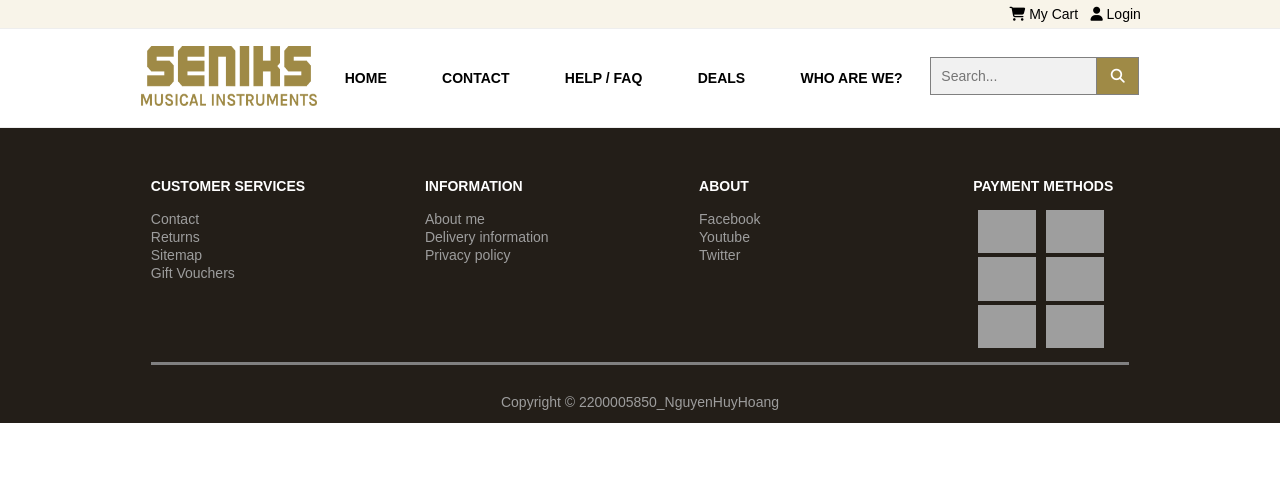
Repository: kuni-hoangnguyen/Do-an-tkweb-nam1
Page: contact.html
These files come from the project's save history. The page is drawn as it stood at one moment and after the next save; the edit follows.
The browser window is 1280 px wide. The pictures show the whole page.
Pictures or frames that could not be fetched are drawn as grey boxes.

Above is the page before, as saved 2023-09-20 16:04:24.

### contact.html
<!DOCTYPE html>
<html>
  <head>
    <title>SENIKS | CONTACT</title>
    <link rel="stylesheet" href="contact.css">
    <link rel="stylesheet" href="main.css">
    <link rel="stylesheet" href="https://cdnjs.cloudflare.com/ajax/libs/font-awesome/6.4.2/css/all.min.css">
    <meta charset="utf-8">
    <meta http-equiv="X-UA-Compatible" content="IE=edge,chrome=1">
    <meta name="viewport" content="width=device-width, initial-scale=1">
  </head>
  <body>
    <header>
      <div class="row-menu1">

        <ul class="menu">
          <li class="menu-item"><a class="menu-link" href="#"><i class="fa-solid fa-cart-shopping"></i> My Cart</a></li>
          <li class="menu-item"><a class="menu-link" href="#"><i class="fa-solid fa-user"></i> Login</a></li>
        </ul>

      </div>

      <div class="row-menu2">

        <a href="main.html"><img class="logo" src="media/LOGO.png" alt="logo" ></a>

        <ul class="menu">
          <li class="menu-item"><a class="menu-link" href="main.html">HOME</a></li>
          <li class="menu-item"><a class="menu-link" href="contact.html">CONTACT</a></li>
          <li class="menu-item"><a class="menu-link" href="#">HELP / FAQ</a></li>
          <li class="menu-item"><a class="menu-link" href="#">DEALS</a></li>
          <li class="menu-item"><a class="menu-link" href="#">WHO ARE WE?</a></li>
        </ul>

        <form class="search-button">

          <input type="text" placeholder="Search...">
          <button><i class="fa fa-search"></i></button>

        </form>

      </div>
    </header>


    <main>



    </main>



    <footer>

      <div id="end">
        <div class="card">
          <p class="title3">CUSTOMER SERVICES</p>
          <ul>
            <li><a href="contact.html">Contact</a></li>
            <li><a href="#">Returns</a></li>
            <li><a href="#">Sitemap</a></li>
            <li><a href="#">Gift Vouchers</a></li>
          </ul>
        </div>
        <div class="card">
          <p class="title3">INFORMATION</p>
          <ul>
            <li><a href="#">About me</a></li>
            <li><a href="#">Delivery information</a></li>
            <li><a href="#">Privacy policy</a></li>
          </ul>
        </div>
        <div class="card">
          <p class="title3">ABOUT</p>
          <ul>
            <li><a href="#">Facebook</a></li>
            <li><a href="#">Youtube</a></li>
            <li><a href="#">Twitter</a></li>
          </ul>
        </div>
        <div class="card">
          <p class="title3">PAYMENT METHODS</p>
          <ul>
            <li><img src="https://theme.hstatic.net/200000722513/1001090675/14/pay_2.png?v=1126" alt=""><img src="https://theme.hstatic.net/200000722513/1001090675/14/pay_3.png?v=1126" alt=""></li>
            <li><img src="https://theme.hstatic.net/200000722513/1001090675/14/pay_5.png?v=1126" alt=""><img src="https://theme.hstatic.net/200000722513/1001090675/14/pay_7.png?v=1126" alt=""></li>
            <li><img src="https://theme.hstatic.net/200000722513/1001090675/14/pay_8.png?v=1126" alt=""><img src="https://theme.hstatic.net/200000722513/1001090675/14/pay_4.png?v=1126" alt=""></li>
          </ul>
        </div>
      </div>
      <p id="cpr">Copyright © 2200005850_NguyenHuyHoang</p>
  </footer>
  </body>
</html>

### main.css
*{
  margin: 0;
  padding: 0;
  box-sizing: border-box;
  font-family: "Arial", Helvetica Neue, Helvetica, sans-serif;
}
header{
  width: 100%;
  background-color: #fff;
  border-style: none none inset  none;
  border-width: 1px;
  margin: auto;
}
.menu{
  list-style-type: none;
  display: flex;
  justify-content: space-around ;
  width: 100%;
}
.row-menu1{
  width: 100%;
  background-color: #f8f4e9;
  border-style: none none inset  none;
  border-width: 1px;
}
.row-menu1 .menu{
  flex-direction: row;
  width: 45%;
  margin-right: 0;
  margin-left: auto;
  padding: 14px 0;
}
.menu-link{
  color: black;
  text-decoration: none;
  font-size: 14px;
}
.row-menu2 .menu-link{
  font-weight: 600;
  font-size: 12px;
}
.menu-link:hover{
  color: #8c7422;
}
.logo{
  width: 35vw;
  padding: 1vw;
  position: absolute;
  top: 0;
}
.search-button input[type="text"]{
  padding: 10px;
  font-size: 14px;
  border: 1px solid grey;
  float: left;
  width: 80%;
  background: #f1f1f1;
}
.search-button button{
  float: left;
  width: 20%;
  padding: 10px;
  background: #9f8a46;
  color: white;
  font-size: 14px;
  border: 1px solid grey;
  border-left: none;
  cursor: pointer;
}
.search-button button:hover{
  background: #8c7422;
}
.search-button::after{
  content: "";
  clear: both;
  display: table;
}
.row-menu2 {
  display: flex;
  flex-direction: column;
  margin: auto;
  padding:10px 0;
}
.row-menu2 .menu{
  flex-direction: row;
  margin: auto;
  width: 100%;
  padding-bottom: 10px;
}


.mySlides {
  display: none;
}
.slideshow-container img {
  vertical-align: middle;
}

.slideshow-container {
  position: relative;
  margin: auto;
  padding:10px 0;
}

.prev, .next {
  cursor: pointer;
  position: absolute;
  top: 50%;
  width: auto;
  padding: 16px;
  margin-top: -30px;
  color: wheat;
  font-weight: bold;
  font-size: 20px;
  transition: 0.6s ease;
  border-radius: 0 3px 3px 0;
  user-select: none;
}

.next {
  right: 0;
  border-radius: 3px 0 0 3px;
}

.prev:hover, .next:hover {
  background-color: rgba(0,0,0,0.8);
}

.fade {
  animation-name: fade;
  animation-duration: 2s;
}

@keyframes fade {
  from {opacity: .4}
  to {opacity: 1}
}

.img-list-mobile{
  margin: auto;
  border-style: outset none inset  none;
  border-width: 1px;
  border-color: gray;
  text-align: center;

}
.img-list-mobile img{
  max-width: 40px;
  max-height: 40px;
  padding: 8% 0;
}
.img-list-mobile .menu{
  flex-direction: column;

}
.img-list-mobile .menu-link{
  font-size: 12px;
  font-weight: 500;
}
.list-item{
  width: 70px;
  height: 70px;
}
.img-row{
  display: flex;
  flex-direction: row;
  justify-content: space-around;
}
.img-list-desktop{
  display: none;
}
.title{
  font-size: 16px;
  font-weight: 700;
  text-transform: uppercase;
  color: #9f8a46;
  margin: auto;
  padding: 10px;
  padding-top: 5px;
  border-style: none none inset none;
}
#first{
  border-style: none;
}
.product{
  margin:auto;
}
.product ul{
  list-style: none;
  display: flex;
  flex-direction: row;
  justify-content: space-around;
}
.product-card{
  width: 188px;
  height: 394px;
  padding: 15px;
  margin-top: 1.2%;
}
.product-card:hover{
  box-shadow: rgba(0, 0, 0, 0.24) 0px 3px 8px;
  border-radius: 5px;
  transform: scale(1.01);
}
.product-card a img{
  width: 158px;
  height: 158px;
}
.product-card .menu-link{
  font-weight: 400;
  font-size: 14px;
  display: block;
  margin: 10px auto;
}
.star{
  margin-top: 25%;
}
.stock{
  font-size: 12px;
  font-weight: 400;
  color: #45cc8f;
  margin: 12px 0;
}
.price{
  font-weight: 600;
}
footer{
  background-color: #231E18;
  padding: 1%;
  margin: auto;
}
.title3{
  color: white;
  font-size: 14px;
  font-weight: bold;
  text-align: center;
  padding: 10% 0;
}
.card{
  width: 156px;
  height: 200px;

}

.b-end{
  background-color: #adc2c9;
  padding: 2.5% 7%;
  display: flex;
  flex-direction: row;
  justify-content: space-around;
}
.card2{
  width: 210px;
  text-align: left;
  border-radius: 5px;
  padding: 10px;
}
.icon{
  font-size: 30px;
  float: left;
  padding: 10px;
}
.title2{
  text-transform: uppercase;
  font-size: 14px;
  margin-top: 9px;
  font-weight: 600;
  width: 155px;
  height: 34px;
}
#fix{
  margin-top: 17px;
  height: 26px;
}
.cmt{

  font-size: 14px;
  font-weight: 300;
  display: inline-block;
  position: relative;
  left: 50%;
  transform: translateX(-50%);
}
#end{
  display: flex;
  flex-direction: column;
  justify-content: space-between;
  margin: 0 11%;
  margin-top: 3vh;
  margin-bottom: 4vh;
  border-style: none none solid none;
  border-color: gray;
}
footer div div li{
  list-style-type: none;
  text-align: center;
}
footer div div li a{
  text-decoration: none;
  color:rgb(157, 157, 157);
  font-weight: 400;
  font-size: 14px;
}
footer div div li img{
  width: 58px;
  margin: 0 5px;
}
#cpr{
  text-align: center;
  color:rgb(157, 157, 157);
  font-size: 14px;
}
#f-ar{
  margin: auto;
  padding: 1% 12%;
  padding-top: 2%;
  background-color: #F4F4F2;
  text-align: center;
  border: none;
}
.f-ar2{
  padding: 1% 11%;
  display: flex;
  flex-direction: row;
  justify-content: space-around;
  background-color: #F4F4F2;
}
.f-ar2 .menu-link{
  font-size: 20px;
  font-weight: 600;
  display: inline-block;
  margin: 5%;
}
.f-ar2 .fix2{
  font-size: 14px;
  display: inline;
  margin: 0;
  font-weight: 500;
  color: #8c7422;
  padding-left: 1%;
}
.card3{
  width: 340px;
  height: 330px;
  background-color: white;
  margin-bottom: 3%;
  border-radius: 5px;
}
.card3:hover{
  box-shadow: rgba(0, 0, 0, 0.24) 0px 3px 8px;
  border-radius: 5px;
  transform: scale(1.01);
}
.pod{
  width: 340px;
  height: 177px;
  border-radius: 5px 5px 0  0;
}


@media(min-width:576px) {
  .row-menu1 .menu{
    width: 12%;
    margin-right: 10%;
    padding: 5px;
  }
  .row-menu2{
    flex-direction: row;
    margin: 0 11%;
    padding:5px 0;
  }
  .row-menu2 .menu{
    width: 70%;
    padding: 0;
  }
  .logo{
    width: 100%;
    height: 60px;
    position: static;
    top:initial;
    margin: 12px 0;
    padding: 0;
  }
  .search-button{
    padding: 23px 0;
  }
  .row-menu2 .menu-link{
    font-size: 14px;
  }
  .slideshow-container{
    margin: 0 11%;
    margin-top: 2%;
  }
  .prev, .next{
    font-size: 28px;
    margin-top: -35px;
  }
  .img-list-mobile {
    display: none;
  }

  .list-item{
    width: 112px;
    height: 104px;
  }
  #first{
    margin: 0 11%;
    margin-top: 2%;
  }
  .img-list-desktop{
    display: block;
    border-style: outset none inset  none;
    border-width: 1px;
    border-color: gray;
    text-align: center;
    margin: 0 11%;
    margin-bottom: 1%;
  }
  .img-list-desktop img{
    max-width: 70px;
    max-height: 70px;
    padding: 15px 0;
  }
  .img-list-desktop .menu{
    flex-direction: row;

  }
  .img-list-desktop .menu-link{
    font-size: 16px;
    font-weight: 500;
  }
  .title{
    text-align: left;
    font-size: 22px;
    margin: 0 11%;
    margin-top: 3%;
    padding: 1%;
  }
  .product{
    margin: 0 11%;
  }
  #end{
    flex-direction: row;
  }
  .title3{
    text-align: left;
  }
  footer div div li{
    text-align: left;
  }
}

Loaded but not shown: contact.css (no stored copy; drawn as an empty file)

After the next save:
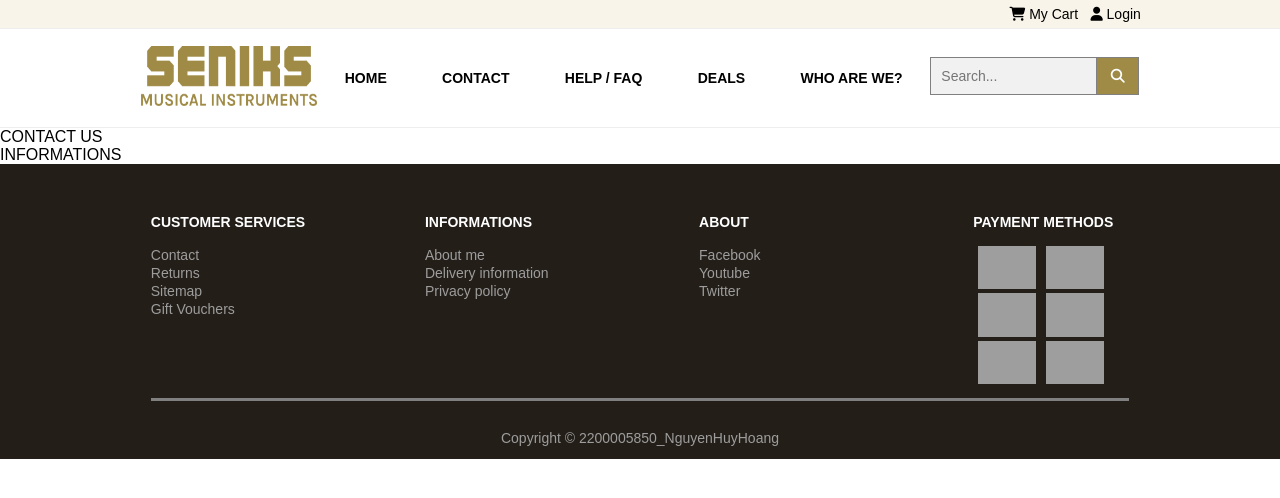
Saved 5 min 32 s later.
--- a/contact.html
+++ b/contact.html
@@ -44,9 +44,8 @@
 
 
     <main>
-
-
-
+      <p>CONTACT US</p>
+      <p>INFORMATIONS</p>
     </main>
 
 
@@ -64,7 +63,7 @@
           </ul>
         </div>
         <div class="card">
-          <p class="title3">INFORMATION</p>
+          <p class="title3">INFORMATIONS</p>
           <ul>
             <li><a href="#">About me</a></li>
             <li><a href="#">Delivery information</a></li>
